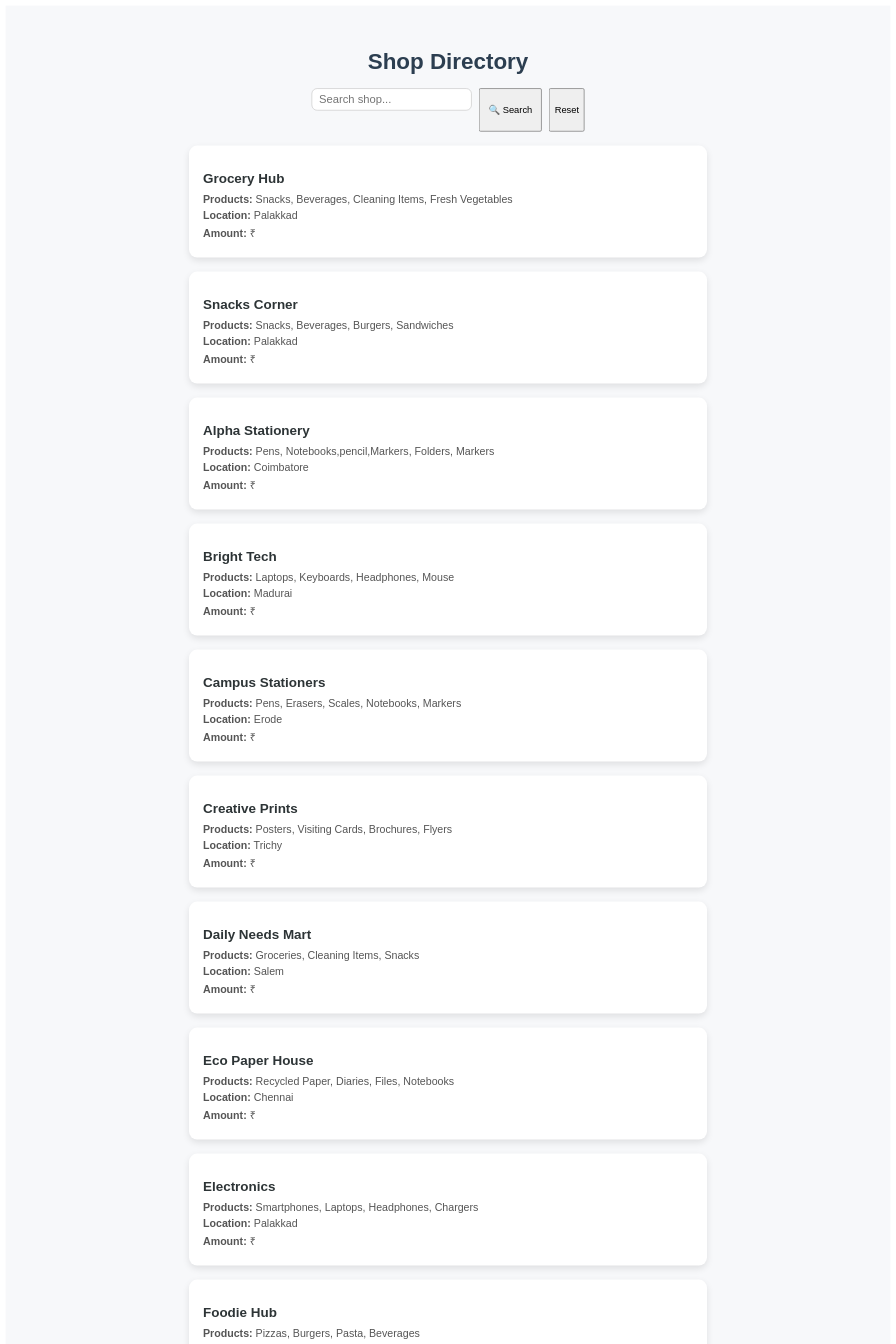
Repository: Pavithra-09git/CarSort
Page: /
An editor plug-in stored every save of this project. The page is shown before and after a run of saves, followed by the edit.
The browser window is 1280 px wide. The pictures show the part of the page from y = 0 to 1920 px (the page is 5634 px tall), at 70% of full size.
The project was rebuilt for these pictures with package versions that can differ from the ones it lists, and the page was loaded fresh each time. Also part of the build but not shown: vite.config.js.

Above is the page before, as saved 2025-10-26 12:44:48.

After the next 7 saves:
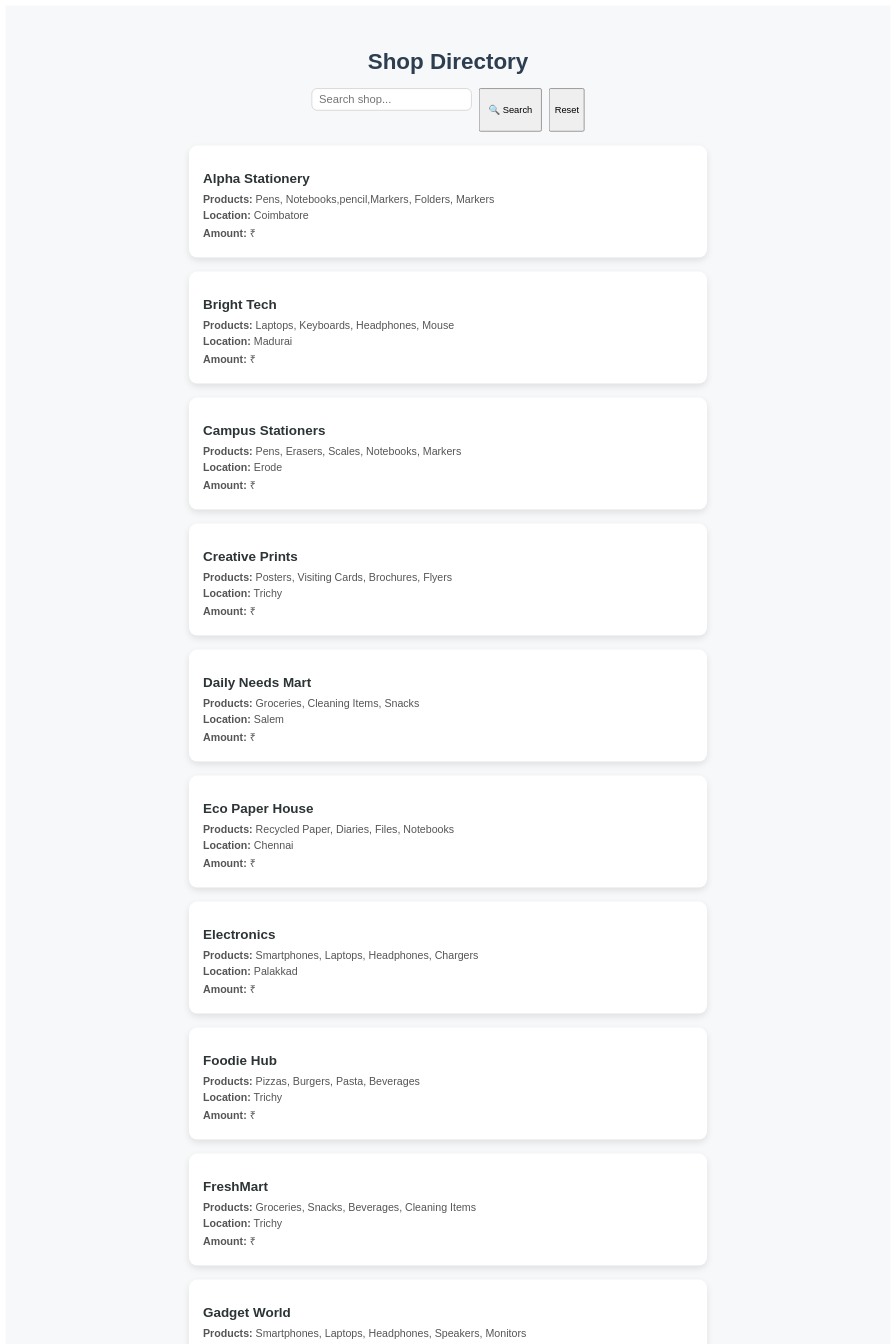
The 7 saves are shown as one change because they came seconds apart.
The last was saved 16 s later.
--- a/src/data.js
+++ b/src/data.js
@@ -15,12 +15,12 @@ export const shops = [
   { id: 14, name:"Green Leaf Grocers", products: "Snacks, Organic Food, Cleaning Items, Vegetables", location: "Coimbatore" },
   { id: 15, name:"Home Essentials", products: "Cleaning Items, Groceries, Snacks, Toiletries", location: "Salem" },
   { id: 16, name:"QuickMart", products: "Groceries, Beverages, Snacks, Household Items", location: "Chennai" },
-  { id: 17, name: " Grocery Hub", products: "Snacks, Beverages, Cleaning Items, Fresh Vegetables", location: "Palakkad" },
-  { id: 18, name: "FreshMart", products: "Groceries, Snacks, Beverages, Cleaning Items", location: "Trichy" },
-  { id: 19, name: "Tasty Treats", products: "Burgers, Pizzas, Sandwiches, Beverages", location: "Chennai" },
-  { id: 20, name: "Healthy Bites", products: "Salads, Smoothies, Sandwiches, Juices", location: "Coimbatore" },
-  { id: 21, name: "Foodie Hub", products: "Pizzas, Burgers, Pasta, Beverages", location: "Trichy" },
-  { id: 22, name: " Snacks Corner", products: "Snacks, Beverages, Burgers, Sandwiches", location: "Palakkad" },
+  { id: 17, name:"Grocery Hub", products: "Snacks, Beverages, Cleaning Items, Fresh Vegetables", location: "Palakkad" },
+  { id: 18, name:"FreshMart", products: "Groceries, Snacks, Beverages, Cleaning Items", location: "Trichy" },
+  { id: 19, name:"Tasty Treats", products: "Burgers, Pizzas, Sandwiches, Beverages", location: "Chennai" },
+  { id: 20, name:"Healthy Bites", products: "Salads, Smoothies, Sandwiches, Juices", location: "Coimbatore" },
+  { id: 21, name:"Foodie Hub", products: "Pizzas, Burgers, Pasta, Beverages", location: "Trichy" },
+  { id: 22, name: "Snacks Corner", products: "Snacks, Beverages, Burgers, Sandwiches", location: "Palakkad" },
   { id: 23, name: "Snack Attack", products: "Burgers, Sandwiches, Fries, Beverages", location: "Madurai" },
   { id: 24, name: "Knowledge Academy", products: "Books, Stationery, Educational Kits", location: "Madurai" },
   { id: 25, name: "Smart Learning Center", products: "Books, Worksheets, Study Materials, Learning Kits", location: "Coimbatore" },
